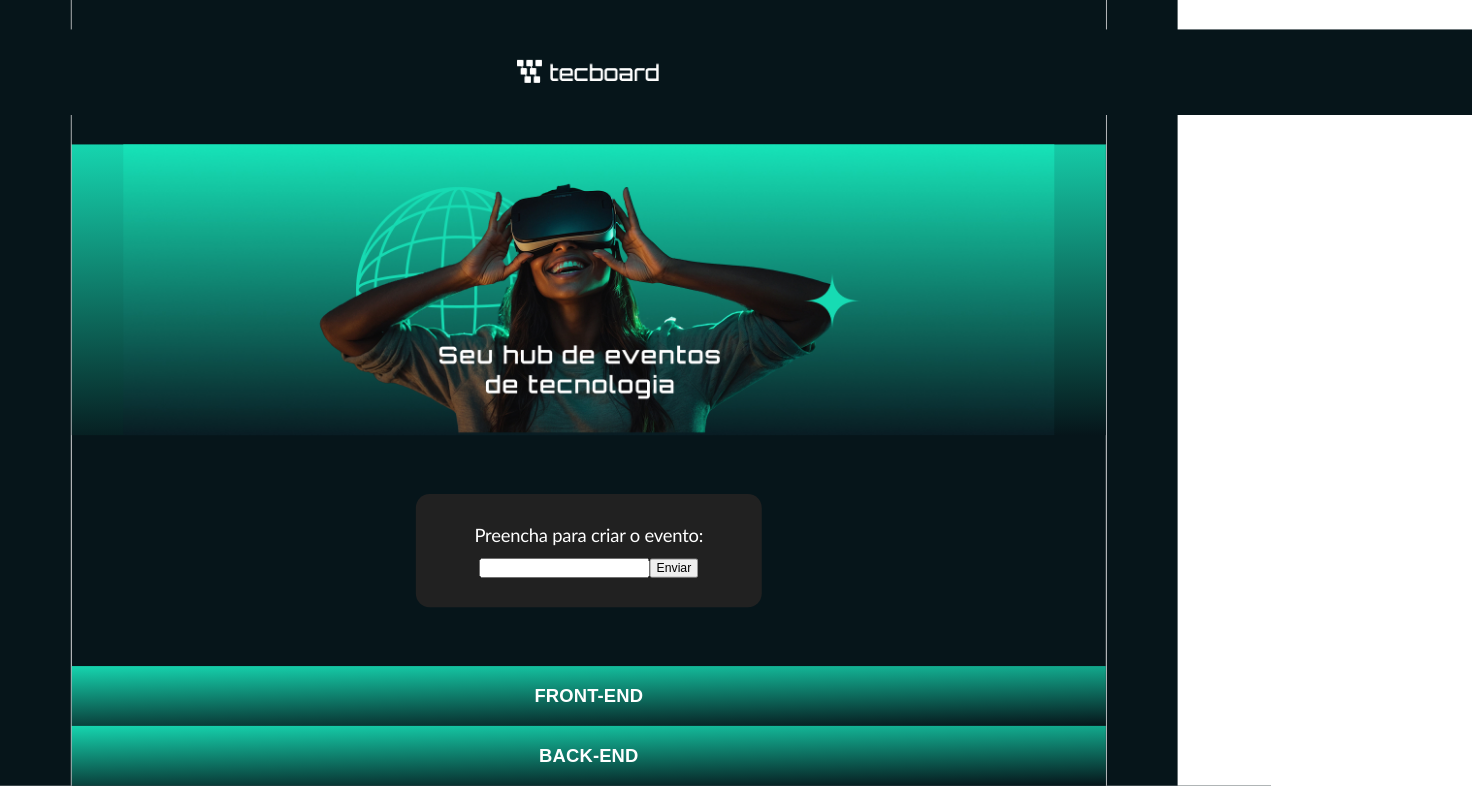
Repository: fernandadev12/techboard
Page: /
The author's editor kept a copy of each file at every save. The page is drawn from the files as they stood at one save, then again after the next save.
The browser window is 1280 px wide. The page is 1600 px wide, so the pictures cover 1600 px, including what lies to the right of the window. The pictures show the whole page, at 92% of full size.
The project was rebuilt for these pictures with package versions that can differ from the ones it lists, and the page was loaded fresh each time. Also part of the build but not shown: vite.config.js.

Above is the page before, as saved 2026-06-14 14:46:02.

### index.html
<!doctype html>
<html lang="en">
  <head>
    <meta charset="UTF-8" />
    <link rel="icon" type="image/svg+xml" href="/favicon.svg" />
    <meta name="viewport" content="width=device-width, initial-scale=1.0" />
    <link rel="preconnect" href="https://fonts.googleapis.com" />
    <link rel="preconnect" href="https://fonts.gstatic.com" crossorigin />
    <link
      href="https://fonts.googleapis.com/css2?family=Orbitron:wght@400..900&display=swap"
      rel="stylesheet"
    />
    <title>techboard</title>
  </head>
  <body>
    <div id="root"></div>
    <script type="module" src="/src/main.jsx"></script>
  </body>
</html>

### src/index.css
:root {
  --text: #6b6375;
  --text-h: #08060d;
  --bg: #fff;
  --border: #e5e4e7;
  --code-bg: #f4f3ec;
  --accent: #aa3bff;
  --accent-bg: rgba(170, 59, 255, 0.1);
  --accent-border: rgba(170, 59, 255, 0.5);
  --social-bg: rgba(244, 243, 236, 0.5);
  --shadow:
    rgba(0, 0, 0, 0.1) 0 10px 15px -3px, rgba(0, 0, 0, 0.05) 0 4px 6px -2px;

  --sans: system-ui, "Segoe UI", Roboto, sans-serif;
  --heading: system-ui, "Segoe UI", Roboto, sans-serif;
  --mono: ui-monospace, Consolas, monospace;

  font: 18px/145% var(--sans);
  letter-spacing: 0.18px;
  color-scheme: light dark;
  color: var(--text);
  background: var(--bg);
  font-synthesis: none;
  text-rendering: optimizeLegibility;
  -webkit-font-smoothing: antialiased;
  -moz-osx-font-smoothing: grayscale;

  @media (max-width: 1024px) {
    font-size: 16px;
  }
}

@media (prefers-color-scheme: dark) {
  :root {
    --text: #9ca3af;
    --text-h: #f3f4f6;
    --bg: #16171d;
    --border: #2e303a;
    --code-bg: #1f2028;
    --accent: #c084fc;
    --accent-bg: rgba(192, 132, 252, 0.15);
    --accent-border: rgba(192, 132, 252, 0.5);
    --social-bg: rgba(47, 48, 58, 0.5);
    --shadow:
      rgba(0, 0, 0, 0.4) 0 10px 15px -3px, rgba(0, 0, 0, 0.25) 0 4px 6px -2px;
  }

  #social .button-icon {
    filter: invert(1) brightness(2);
  }
}

body {
  margin: 0;
  background-color: #06151a;
}

#root {
  width: 1126px;
  max-width: 100%;
  margin: 0 auto;
  text-align: center;
  border-inline: 1px solid var(--border);
  min-height: 100svh;
  display: flex;
  flex-direction: column;
  box-sizing: border-box;
}

h1,
h2 {
  font-family: var(--heading);
  font-weight: 500;
  color: var(--text-h);
}

h1 {
  font-size: 56px;
  letter-spacing: -1.68px;
  margin: 32px 0;
  @media (max-width: 1024px) {
    font-size: 36px;
    margin: 20px 0;
  }
}
h2 {
  font-size: 24px;
  line-height: 118%;
  letter-spacing: -0.24px;
  margin: 0 0 8px;
  @media (max-width: 1024px) {
    font-size: 20px;
  }
}
p {
  margin: 0;
}

code,
.counter {
  font-family: var(--mono);
  display: inline-flex;
  border-radius: 4px;
  color: var(--text-h);
}

code {
  font-size: 15px;
  line-height: 135%;
  padding: 4px 8px;
  background: var(--code-bg);
}

### src/App.jsx
import "./App.css";
import { Banner } from "./componentes/Banner";
import { Tema } from "./componentes/Tema";
import { FormularioDeEvento } from "./componentes/FormularioDeEvento";

function App() {
  const temas = [
    {
      id: 1,
      nome: "Front-end",
    },
    {
      id: 2,
      nome: "Back-end",
    },
    {
      id: 3,
      nome: "Mobile",
    },
    {
      id: 4,
      nome: "DevOps",
    },
    {
      id: 5,
      nome: "Inteligência Artificial",
    },
    {
      id: 6,
      nome: "Cloud",
    },
  ];

  return (
    <main>
      <header>
        <img src="/Header.png"></img>
      </header>
      <Banner />
      <FormularioDeEvento />
      <section>
        <Tema tema={temas[0]} />
      </section>
      <section>
        <Tema tema={temas[1]} />
      </section>
    </main>
  );
}

export default App;

### src/App.css
header {
  background-color: #06151a;
  padding: 32px;
  display: flex;
  justify-content: center;
}
section {
  background: linear-gradient(179deg, #16d5af 0%, #06151a);
  display: flex;
  justify-content: center;
}
section img {
  max-width: 90%;
}

.form-evento {
  background-color: #212121;
  padding: 32px 28px;
  border-radius: 15px;
  width: 394px;
  margin: 64px auto;
  max-width: 320px;
}
.hero {
  position: relative;

  .base,
  .framework,
  .vite {
    inset-inline: 0;
    margin: 0 auto;
  }

  .base {
    width: 170px;
    position: relative;
    z-index: 0;
  }

  .framework,
  .vite {
    position: absolute;
  }

  .framework {
    z-index: 1;
    top: 34px;
    height: 28px;
    transform: perspective(2000px) rotateZ(300deg) rotateX(44deg) rotateY(39deg)
      scale(1.4);
  }

  .vite {
    z-index: 0;
    top: 107px;
    height: 26px;
    width: auto;
    transform: perspective(2000px) rotateZ(300deg) rotateX(40deg) rotateY(39deg)
      scale(0.8);
  }
}

#center {
  display: flex;
  flex-direction: column;
  gap: 25px;
  place-content: center;
  place-items: center;
  flex-grow: 1;

  @media (max-width: 1024px) {
    padding: 32px 20px 24px;
    gap: 18px;
  }
}

#next-steps {
  display: flex;
  border-top: 1px solid var(--border);
  text-align: left;

  & > div {
    flex: 1 1 0;
    padding: 32px;
    @media (max-width: 1024px) {
      padding: 24px 20px;
    }
  }

  .icon {
    margin-bottom: 16px;
    width: 22px;
    height: 22px;
  }

  @media (max-width: 1024px) {
    flex-direction: column;
    text-align: center;
  }
}

#docs {
  border-right: 1px solid var(--border);

  @media (max-width: 1024px) {
    border-right: none;
    border-bottom: 1px solid var(--border);
  }
}

#next-steps ul {
  list-style: none;
  padding: 0;
  display: flex;
  gap: 8px;
  margin: 32px 0 0;

  .logo {
    height: 18px;
  }

  a {
    color: var(--text-h);
    font-size: 16px;
    border-radius: 6px;
    background: var(--social-bg);
    display: flex;
    padding: 6px 12px;
    align-items: center;
    gap: 8px;
    text-decoration: none;
    transition: box-shadow 0.3s;

    &:hover {
      box-shadow: var(--shadow);
    }
    .button-icon {
      height: 18px;
      width: 18px;
    }
  }

  @media (max-width: 1024px) {
    margin-top: 20px;
    flex-wrap: wrap;
    justify-content: center;

    li {
      flex: 1 1 calc(50% - 8px);
    }

    a {
      width: 100%;
      justify-content: center;
      box-sizing: border-box;
    }
  }
}

#spacer {
  height: 88px;
  border-top: 1px solid var(--border);
  @media (max-width: 1024px) {
    height: 48px;
  }
}

.ticks {
  position: relative;
  width: 100%;

  &::before,
  &::after {
    content: "";
    position: absolute;
    top: -4.5px;
    border: 5px solid transparent;
  }

  &::before {
    left: 0;
    border-left-color: var(--border);
  }
  &::after {
    right: 0;
    border-right-color: var(--border);
  }
}

### src/componentes/Banner/index.jsx
import "./bannerstyles.css";

export function Banner() {
  return (
    <section className="banner">
      <img src="/Banner.jpg"></img>
    </section>
  );
}

### src/componentes/Tema/index.jsx
import "./temastyles.css";

export function Tema({ tema }) {
  return <h3 className="titulotema">{tema.nome}</h3>;
}

### src/componentes/FormularioDeEvento/index.jsx
import { TituloFormulario } from "../TituloFormulario";
import { CampoFormulario } from "../CampoDeFormulario";
import { BotaoFormulario } from "../Botao";
import { LabelFormulario } from "../Label";

export function FormularioDeEvento() {
  return (
    <form className="form-evento">
      <TituloFormulario> Preencha para criar o evento:</TituloFormulario>
      <LabelFormulario />
      <CampoFormulario />
      <input type="text" id="nome" />
      <BotaoFormulario />
    </form>
  );
}

### src/componentes/Banner/bannerstyles.css
.banner {
  background: linear-gradient(179deg, #16d5af 0%, #06151a);
  display: flex;
  justify-content: center;
}

.banner img {
  max-width: 90%;
}

### src/componentes/Tema/temastyles.css
.titulotema {
  color: #fff;
  font-family: "Orbiton", sans-serif;
  font-weight: 600;
  font-size: 20px;
  line-height: 125%;
  letter-spacing: 10%;
  vertical-align: middle;
  text-transform: uppercase;
}

### src/componentes/TituloFormulario/index.jsx
import "./titulostyle.css";

// export function TituloFormulario() {
//   return <h3 class="tituloform">Preencha para criar um evento:</h3>;
// }
export function TituloFormulario({ children }) {
  return <h2 className="tituloform">{children}</h2>;
}

### src/componentes/CampoDeFormulario/index.jsx
import "./campoformestyles.css";

export function CampoFormulario({ children }) {
  return <fieldset className="campoform">{children}</fieldset>;
}

### src/componentes/Botao/index.jsx
export function BotaoFormulario() {
  return <button type="submit">Enviar</button>;
}

### src/componentes/Label/index.jsx
import "./labelstyles.css";

export function LabelFormulario({ children, htmlFor }) {
  return (
    <label className="label" htmlFor={htmlFor}>
      {children}
    </label>
  );
}

### src/componentes/TituloFormulario/titulostyle.css
.tituloform {
  font-family:
    "Trebuchet MS", "Lucida Sans Unicode", "Lucida Grande", "Lucida Sans",
    Arial, sans-serif;
  font-weight: 400;
  font-size: 20px;
  line-height: 125%;
  color: #fff;
}

### src/componentes/CampoDeFormulario/campoformestyles.css
.campoform {
  display: flex;
  flex-direction: column;
  gap: 8px;
  border: none;
  padding: 0;
  margin: 0;
}

### src/componentes/Label/labelstyles.css
.label {
  font-family:
    "Trebuchet MS", "Lucida Sans Unicode", "Lucida Grande", "Lucida Sans",
    Arial, sans-serif;
  font-weight: 400;
  font-size: 20px;
  line-height: 125%;
  color: #fff;
}

Loaded but not shown: src/main.jsx (common file)

After the next save:
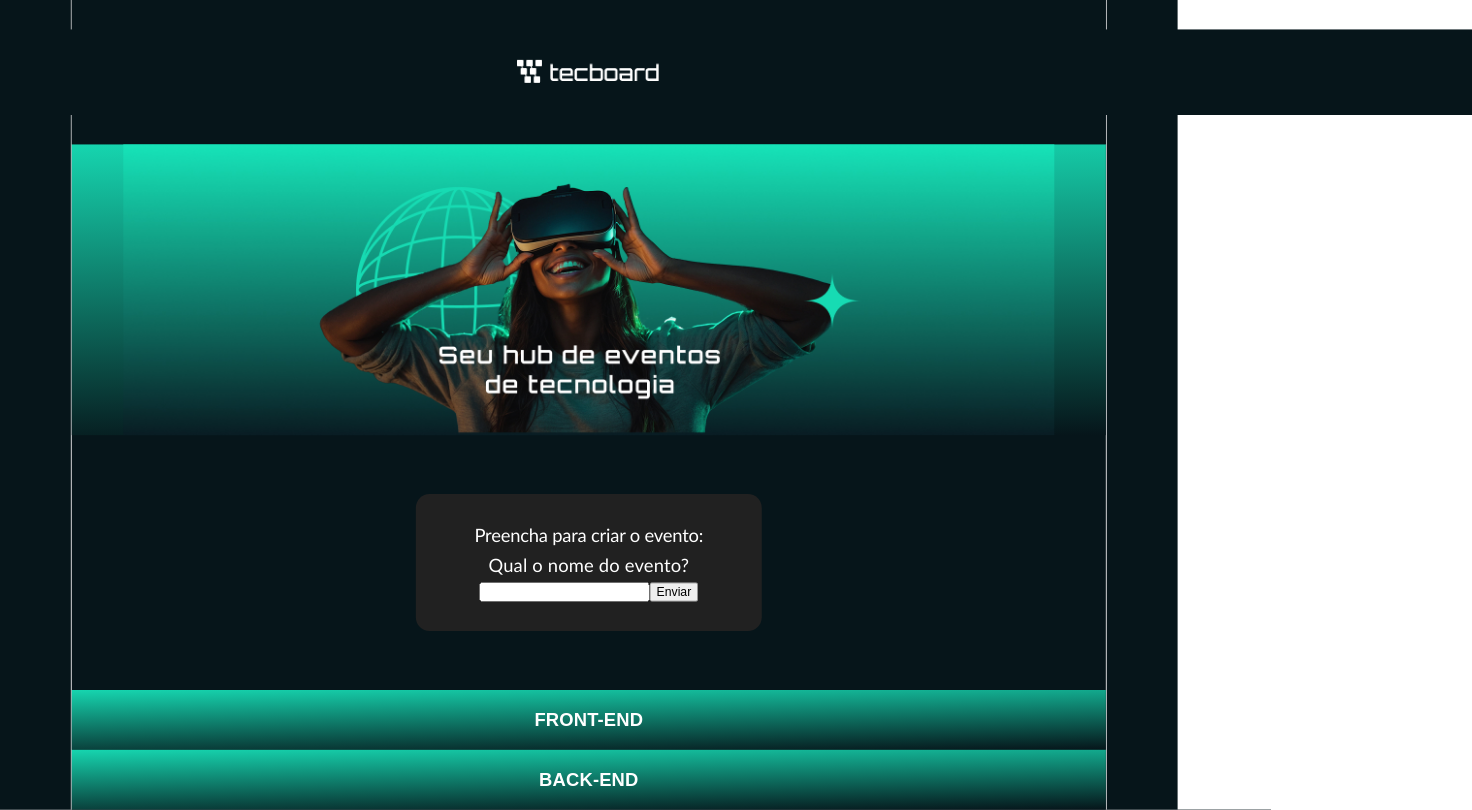
Saved 46 s later.
--- a/src/componentes/FormularioDeEvento/index.jsx
+++ b/src/componentes/FormularioDeEvento/index.jsx
@@ -7,7 +7,7 @@
   return (
     <form className="form-evento">
       <TituloFormulario> Preencha para criar o evento:</TituloFormulario>
-      <LabelFormulario />
+      <LabelFormulario htmlFor="nome">Qual o nome do evento?</LabelFormulario>
       <CampoFormulario />
       <input type="text" id="nome" />
       <BotaoFormulario />
